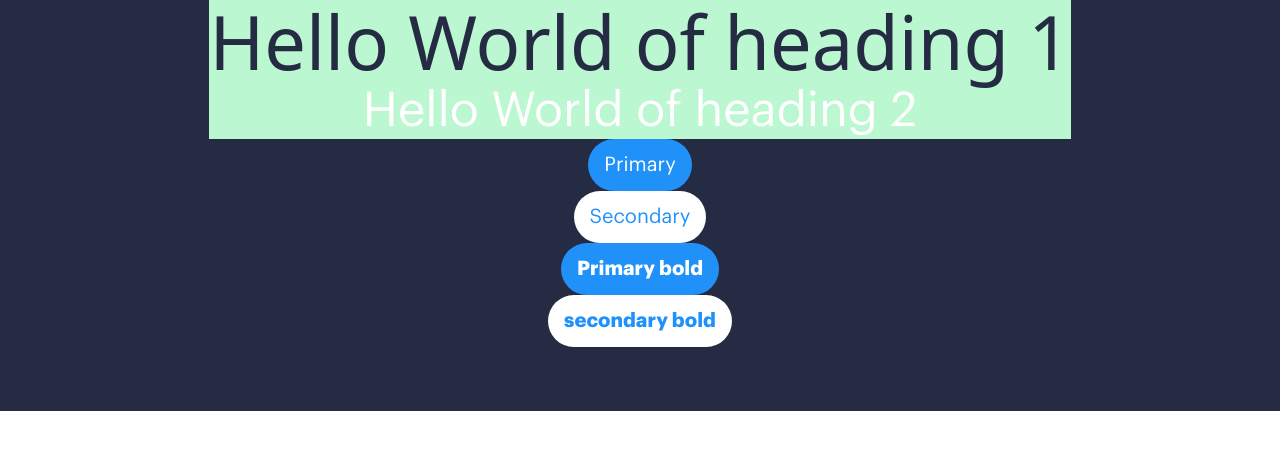
Repository: SK3010z/figmaland-tailwind
Page: /
An editor plug-in stored every save of this project. The page is shown before and after the next save, followed by the edit.
The browser window is 1280 px wide. The pictures show the whole page.
The project was rebuilt for these pictures with package versions that can differ from the ones it lists, and the page was loaded fresh each time. Also part of the build but not shown: vite.config.js, src/mediaQueries.jsx.

Above is the page before, as saved 2024-08-16 16:15:18.

### index.html
<!doctype html>
<html lang="en">
  <head>
    <meta charset="UTF-8" />
    <link rel="icon" type="image/svg+xml" href="/vite.svg" />
    <meta name="viewport" content="width=device-width, initial-scale=1.0" />
    <title>FigmaLand</title>
  </head>
  <body>
    <div id="root"></div>
    <script type="module" src="/src/main.jsx"></script>
  </body>
</html>

### src/main.jsx
import { StrictMode } from 'react'
import { createRoot } from 'react-dom/client'
import App from './App.jsx'
import MediaQueries from './mediaQueries.jsx'
import './index.css'

createRoot(document.getElementById('root')).render(
  <StrictMode>
    <App/>
  </StrictMode>,
)

### src/App.jsx
import { Button } from "./components/Button"
import { Heading } from "./components/Heading"
function App() {
  return (
    <div className="bg-darkBackground justify-center pb-16 text-center justify-items-center">
      <div className="bg-green-200">
        <Heading>Hello World of heading 1</Heading>
        <Heading type='h2' color="white">Hello World of heading 2</Heading>
      </div>

      <Button>Primary</Button>
      <Button variant="secondary">Secondary</Button>
      <Button isBold>Primary bold</Button>
      <Button variant="secondary" isBold>secondary bold</Button>
    </div>
  )
}

export default App

### src/index.css
@tailwind base;
@tailwind components;
@tailwind utilities;

@font-face {
  font-family: "Graphik-bold";
  src: url(./fonts/Graphik/Graphik-Bold-Trial.otf) format("opentype");
  font-style: normal;
  font-display: swap;
}
@font-face {
  font-family: "Graphik";
  src: url(./fonts/Graphik/Graphik-Regular-Trial.otf) format("opentype");
  font-style: normal;
  font-display: swap;
}

### src/components/Button/index.jsx
export const Button = ({ children, variant = "primary", isBold = false }) => {
  return (
    <button
      className={`flex m-auto items-center justify-center p-4 rounded-full bg-primary font-graphik text-xl leading-5
        ${
          variant === "primary"
            ? "bg-primary text-white"
            : "bg-white text-primary"
        }
        ${isBold && "font-graphik-bold"}
      `}
    >
      {children}
    </button>
  );
};

### src/components/Heading/index.jsx
export const Heading = ({children, type = "h1", color = ''}) => {
    const customizedColor = color === 'white' ? 'text-white' : 'text-text'

    if (type == "h1") {
        return (
            <h1 className={`text-[4.625rem] leading-[84px] ${customizedColor}`}>{children}</h1>
        )
    }

    return(
     <h2 className={`text-5xl leading-[55px] font-graphik ${customizedColor}`}>{children}</h2>
    )
};

### tailwind.config.js
/** @type {import('tailwindcss').Config} */
export default {
  content: [
    "./index.html",
    "./src/**/*.{js,ts,jsx,tsx}",
  ],
  theme: {
    extend: {
      fontFamily: {
        'graphik': ['Graphik','sans-serif'],
        'graphik-bold': ['Graphik-bold','sans-serif']
      },
      colors: {
        primary: '#2091F9',
        text: '#252B42',
        decondaryText: '#374754',
        darkBackground: '#252B42'
      }
    },
  },
  plugins: [],
}

After the next save:
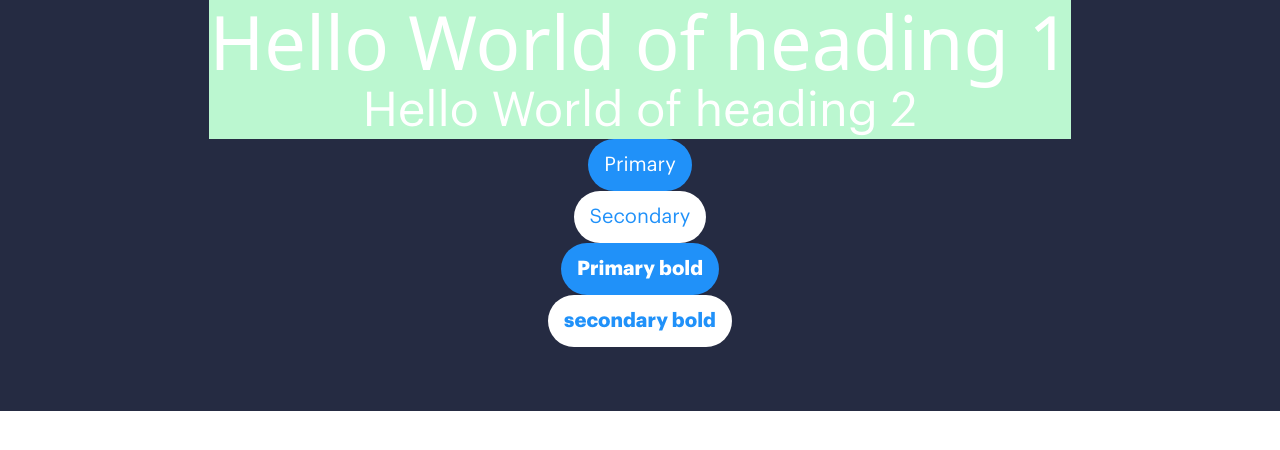
Saved 51 s later.
--- a/src/App.jsx
+++ b/src/App.jsx
@@ -4,7 +4,7 @@
   return (
     <div className="bg-darkBackground justify-center pb-16 text-center justify-items-center">
       <div className="bg-green-200">
-        <Heading>Hello World of heading 1</Heading>
+        <Heading color = "white">Hello World of heading 1</Heading>
         <Heading type='h2' color="white">Hello World of heading 2</Heading>
       </div>
 
